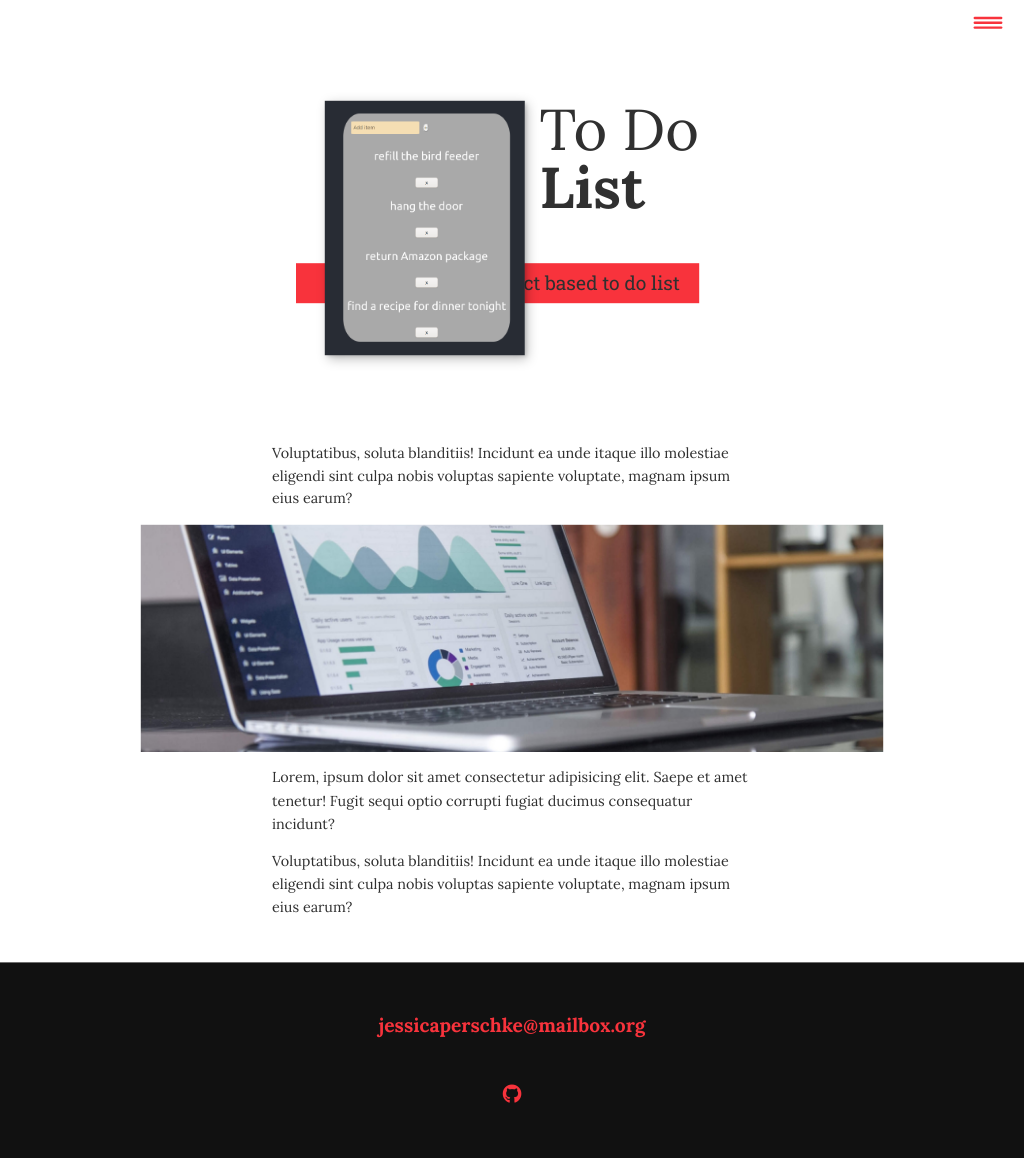
Repository: DinoDime/site
Page: portfolio-item2.html
An editor plug-in stored every save of this project. The page is shown before and after the next save, followed by the edit.
The browser window is 1280 px wide. The pictures show the whole page, at 80% of full size.
Some web libraries are served in a nearby version.

Above is the page before, as saved 2021-05-03 06:32:36.

After the next save:
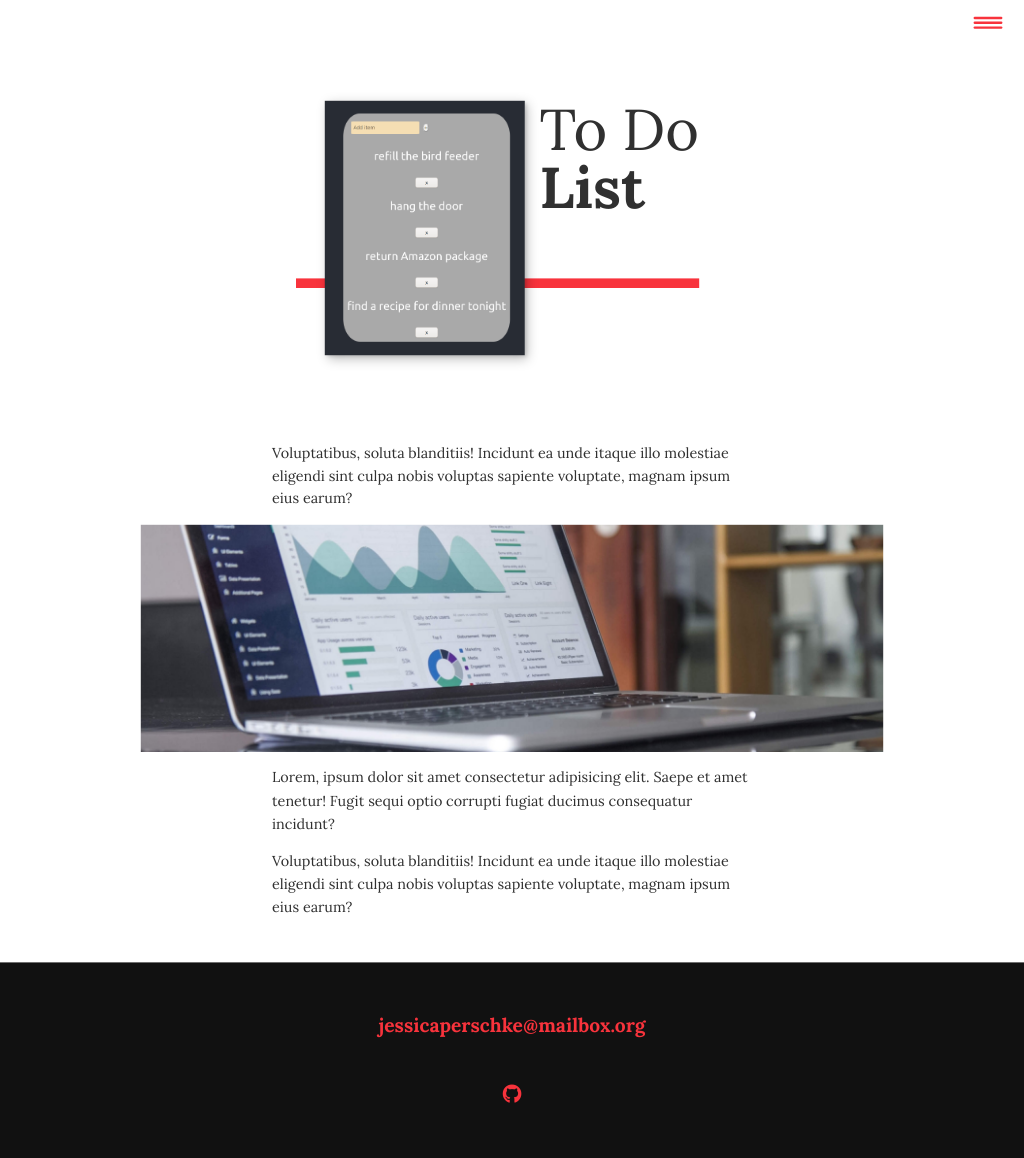
Saved 5 s later.
--- a/portfolio-item2.html
+++ b/portfolio-item2.html
@@ -55,9 +55,7 @@
       <h1 class="section__title section__title--intro">
         To Do <strong>List</strong>
       </h1>
-      <p class="section__subtitle section__subtitle--intro">
-        React based to do list
-      </p>
+      <p class="section__subtitle section__subtitle--intro"></p>
       <img src="img/todo2.png" alt="" class="intro__img" />
     </section>
 
